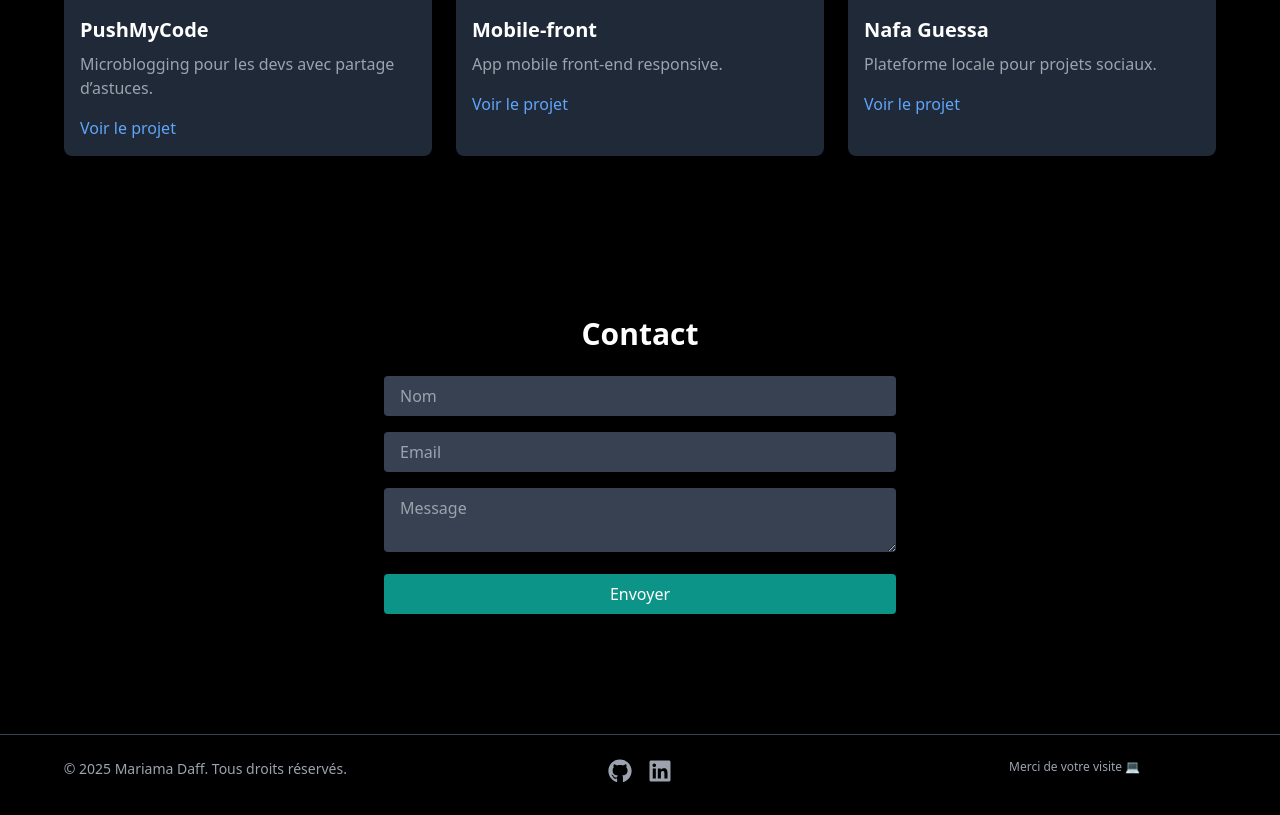
Repository: mariamdaff/Projets_Perso
Page: / (app in mon_portfolio/)
An editor plug-in stored every save of this project. The page is shown before and after the next save, followed by the edit.
The browser window is 1280 px wide. The pictures show the part of the page from y = 1820 to 2635 px (the page is 2635 px tall).
The project was rebuilt for these pictures with package versions that can differ from the ones it lists, and the page was loaded fresh each time. Also part of the build but not shown: mon_portfolio/vite.config.js.

Above is the page before, as saved 2025-04-23 01:35:32.

After the next save:
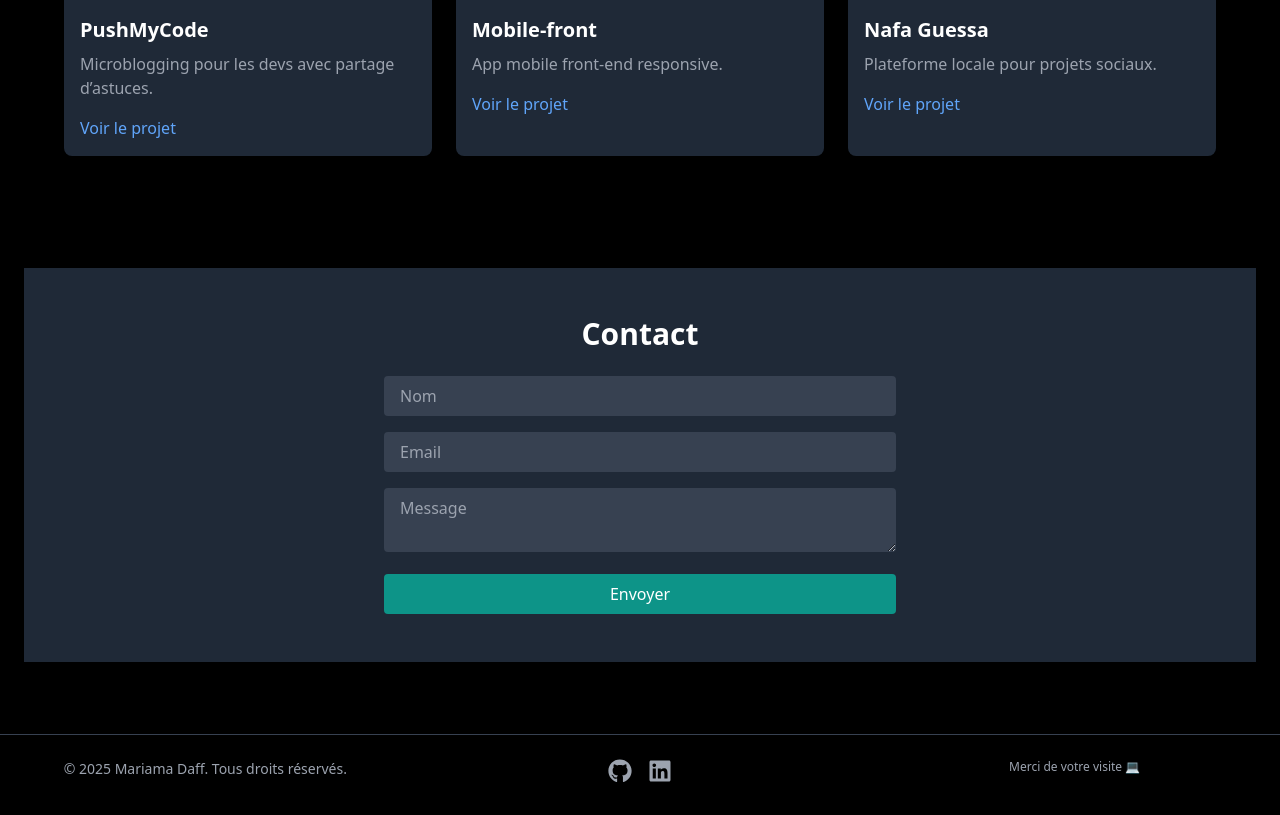
Saved 96 s later.
--- a/mon_portfolio/src/components/contact/Contact.jsx
+++ b/mon_portfolio/src/components/contact/Contact.jsx
@@ -26,7 +26,7 @@
   };
 
   return (
-    <section className="py-12 text-center bg-black text-white px-4">
+    <section className="py-12 text-center bg-gray-800 text-white px-4">
       <h2 className="text-3xl font-semibold mb-6">Contact</h2>
 
       {!isSubmitted ? (
